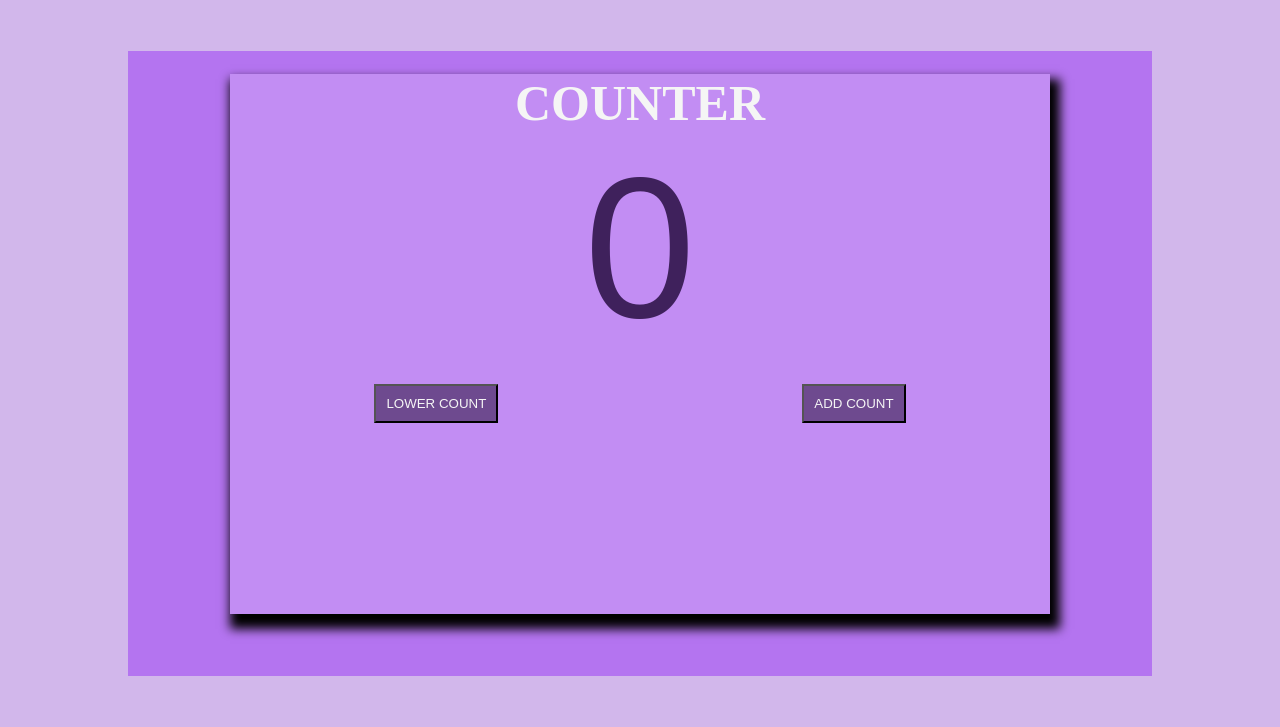
Repository: AnahitKhechumyan/Counter
Page: index.html
The author's editor kept a copy of each file at every save. The page is drawn from the files as they stood at one save, then again after the next save.
The browser window is 1280 px wide. The pictures show the whole page.

Above is the page before, as saved 2022-02-14 20:24:25.
Console error: TypeError: Cannot set properties of null (setting 'innerHTML')

### index.html
<!DOCTYPE html>
<html lang="en">
<head>
    <meta charset="UTF-8">
    <meta http-equiv="X-UA-Compatible" content="IE=edge">
    <meta name="viewport" content="width=device-width, initial-scale=1.0">
    <link rel="stylesheet" href="style.css">
    <script src= "script.js"></script>
    <title>Document</title>
</head>
<body>
    <div class="container">
        <div class="main">
            <div class="header">COUNTER</div>
            <button class= "counter" type= "text">0</button>
            <div class = "change">
                 <button class ="decrement" type="button">LOWER COUNT</button>
                 <button class ="increment" type="button">ADD COUNT</button>
            </div>
        </div>
    </div>
    <script src= "script.js"></script>
</body>
</html>

### style.css
body{
    margin: 0;
    background-color: rgb(210, 183, 235);
}
.container{
    background-color: rgb(180, 116, 240);
    width: 80%;
    height: 85vh;
    margin: 4% 10%;
    padding-top: 1%;

}
.main{
    background-color: rgb(194, 141, 243);
    width: 80%;
    height: 75vh;
    margin: 1% 10%;
    box-shadow: 5px 10px 10px 5px;
    text-align: center;
}
.header{
    text-align: center;
    color:whitesmoke;
    font-size: 50px;
    font-weight: 700;
}

.counter{
    background-color:rgb(194, 141, 243) ;
    width: 20%;
    border:none;
    font-size:200px;
    color:rgb(63, 33, 92);
    text-align: center;
}
 .change{
    padding:20px;
 }
.decrement{
    padding:10px;
   margin-right: 150px;
   background-color: rgb(110, 74, 143);
   color:whitesmoke;
}
.decrement:hover{
    background-color:whitesmoke;
    color:rgb(110, 74, 143);
    cursor:pointer;
}
.increment{
    padding:10px;
    background-color: rgb(110, 74, 143);
    margin-left: 150px;
    color:whitesmoke;
}
.increment:hover{
    background-color:whitesmoke;
    color:rgb(110, 74, 143);
    cursor:pointer;
}

### script.js
let counterElem = document.querySelector('.counter');
let addCount = document.querySelector('.increment');
let lowerCount =document.querySelector('.decrement');

    let count = 0;

    updateDisplay();

 addCount.addEventListener("click",()=>{
    count++;
    updateDisplay();
});
lowerCount.addEventListener("click",()=>{
    count--;
    updateDisplay();
});
function updateDisplay(){
    counterElem.innerHTML = count;
};

After the next save:
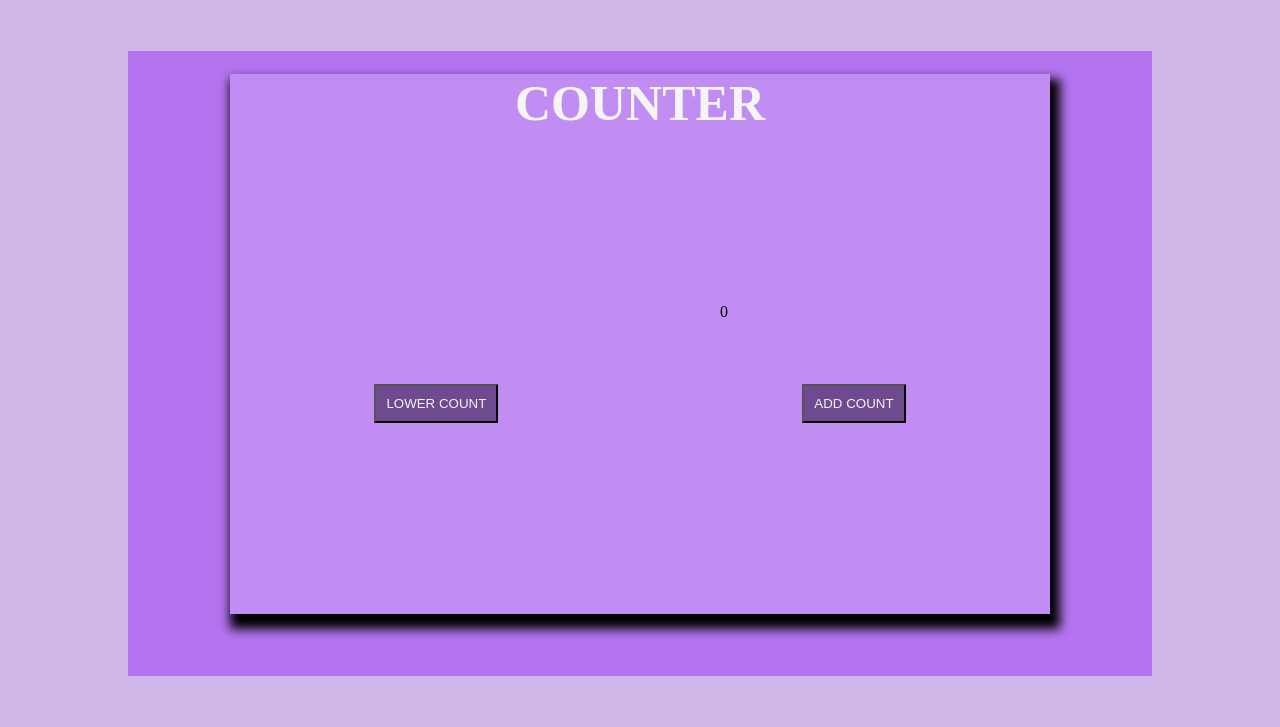
Saved 73 s later.
--- a/index.html
+++ b/index.html
@@ -12,7 +12,7 @@
     <div class="container">
         <div class="main">
             <div class="header">COUNTER</div>
-            <button class= "counter" type= "text">0</button>
+            <input class= "counter" type= "text">0</input>
             <div class = "change">
                  <button class ="decrement" type="button">LOWER COUNT</button>
                  <button class ="increment" type="button">ADD COUNT</button>

After the 2 saves that followed:
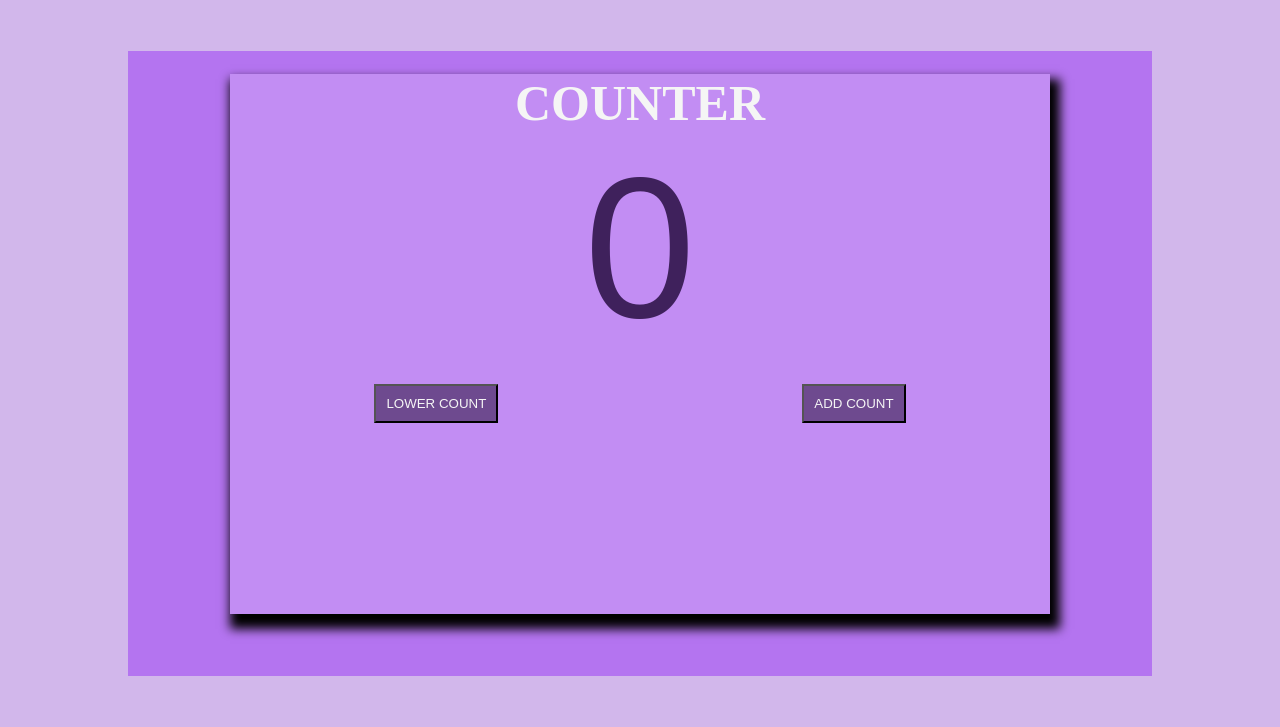
The 2 saves are shown as one change because 1 left the picture as it was.
The last was saved 104 s later.
--- a/index.html
+++ b/index.html
@@ -12,7 +12,7 @@
     <div class="container">
         <div class="main">
             <div class="header">COUNTER</div>
-            <input class= "counter" type= "text">0</input>
+            <input class= "counter" type= "text" value="0"/>
             <div class = "change">
                  <button class ="decrement" type="button">LOWER COUNT</button>
                  <button class ="increment" type="button">ADD COUNT</button>
--- a/style.css
+++ b/style.css
@@ -25,7 +25,7 @@ body{
     font-weight: 700;
 }
 
-.counter{
+input{
     background-color:rgb(194, 141, 243) ;
     width: 20%;
     border:none;
